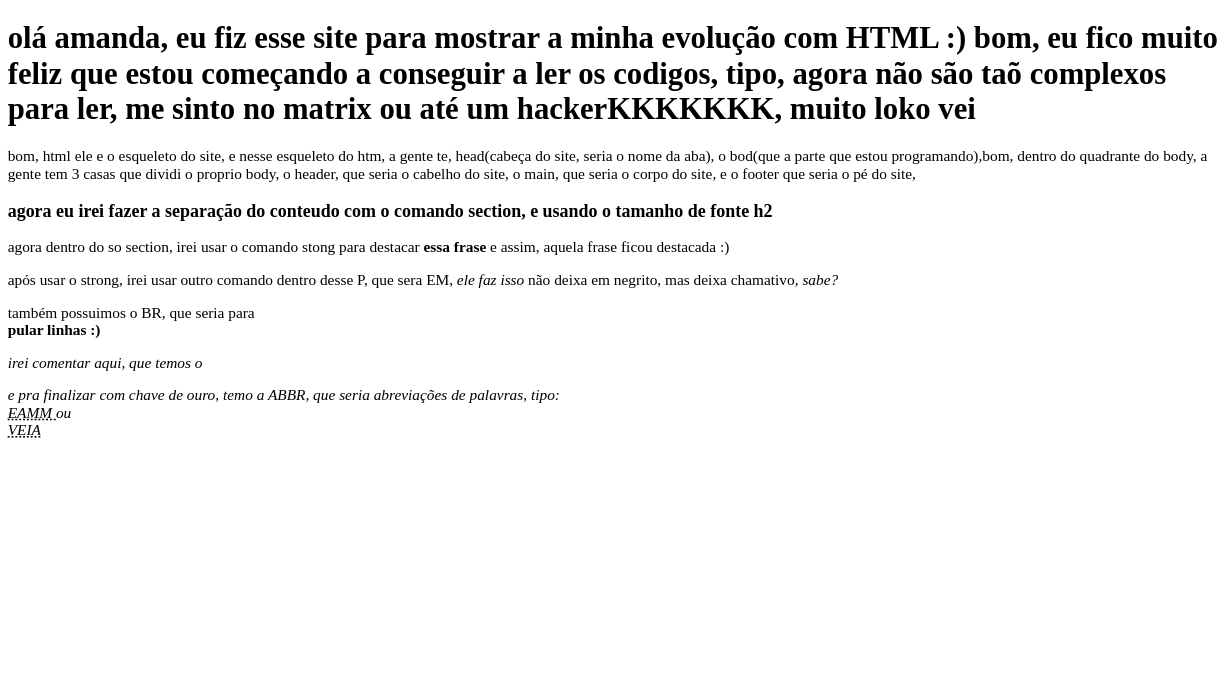
Repository: Jhones17/HTML-CURSO-V1
Page: index.html
An editor plug-in stored every save of this project. The page is shown before and after the next save, followed by the edit.
The browser window is 1280 px wide. The pictures show the whole page, at 96% of full size.

Above is the page before, as saved 2025-03-16 01:25:47.

After the next save:
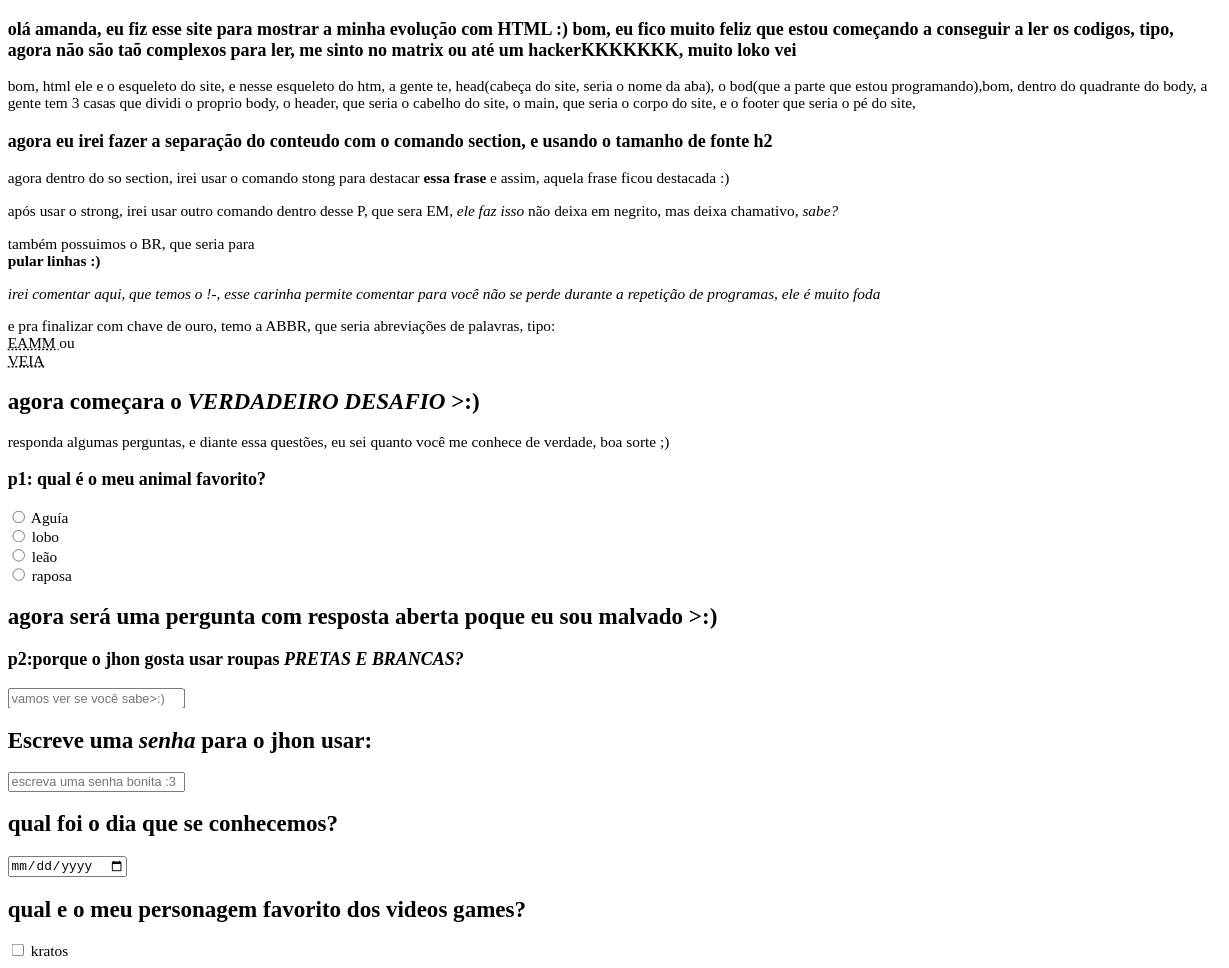
Saved 20 h 4 min later.
--- a/index.html
+++ b/index.html
@@ -7,14 +7,14 @@
             </head>
                   <body>
                       <header>
-                    <h1>olá amanda, eu fiz esse site para mostrar a minha evolução com HTML :)
+                    <h3>olá amanda, eu fiz esse site para mostrar a minha evolução com HTML :)
                 bom, eu fico muito feliz que estou começando a conseguir a ler os codigos, tipo,
                 agora não são taõ complexos para ler, me sinto no matrix ou até um hackerKKKKKKK, muito loko vei
-            </h1>
+            </h3>
         </header>
-       <p> bom, html ele e o esqueleto do site, e nesse esqueleto do htm, a gente te, head(cabeça do site, seria o nome da aba),
+       <p1> bom, html ele e o esqueleto do site, e nesse esqueleto do htm, a gente te, head(cabeça do site, seria o nome da aba),
          o bod(que a parte que estou programando),bom, dentro do quadrante do body, a gente tem 3
-         casas que dividi o proprio body, o header, que seria o cabelho do site, o main, que seria o corpo do site, e o footer que seria o pé do site, </p>
+         casas que dividi o proprio body, o header, que seria o cabelho do site, o main, que seria o corpo do site, e o footer que seria o pé do site, </p1>
     <main>
    <section>
   <h3> agora eu irei fazer a separação do conteudo com o comando section, e usando o tamanho de fonte h2
@@ -23,18 +23,71 @@
 <p> após usar o strong, irei usar outro comando dentro desse P, que sera EM, <em> ele faz isso</em> não deixa em negrito, mas deixa chamativo, <em> sabe?</em></p>
 <p> também possuimos o BR, que seria para <br>
 <strong> pular linhas :) </strong>  </p>
-<em>irei comentar aqui, que temos o <!-, esse carinha permite comentar para você não se perde durante a repetição de programas, ele é muito foda</em>
+<em>irei comentar aqui, que temos o !-, esse carinha permite comentar para você não se perde durante a repetição de programas, ele é muito foda</em>
 <p> e pra finalizar com chave de ouro, temo a ABBR, que seria abreviações de palavras, tipo: <br>
 <abbr title="eu amo minha mulher"> EAMM </abbr> ou <br>
-<abbr title="você é incrivel amor <3">  VEIA </abbr> </p>
+<abbr title="você é incrivel amor :3">  VEIA </abbr> </p>
+</section>
+<!--1#Introdução ao uso de tags HTML: head, body, main, section, br, p, abbr, header, strong e títulos (h1 a h6) -->
+<h2> agora começara o <em>VERDADEIRO DESAFIO</em> >:)</h2>
+<p> responda algumas perguntas, e diante essa questões, eu sei quanto você me conhece de verdade, boa sorte ;)</p>
+<section>
+   <h3>p1: qual é o meu animal favorito?</h3>
+<form>
+    <input type="radio" value="aguía" id="p1"
+    name="p1">
+<label for="p1a"> Aguía </label>
+<br>
+<input type="radio" value="lobo="p1"
+    name="p1">
+<label for="p1a"> lobo</label>
+<br>
+<input type="radio" value="leão " id="p1"
+name="p1">
+<label for="p1a"> leão  </label>
+<br>
+<input type="radio" value="raposa" id="p1"
+name="p1">
+<label for="p1a"> raposa  </label>
+</form>
+
+</section>
+<!--2#pergunta 1:-->
+<section>
+    <h2> agora será uma pergunta com resposta aberta poque eu sou malvado >:)</h2>
+    <h3> p2:porque o jhon gosta usar roupas <em>PRETAS E BRANCAS?</em></h3>
+    <form>
+    <input type="text"  id="p2" name="p2" placeholder="vamos ver se você sabe>:)">
+</form>
+
+</section>
+<!--3#senha-->
+<section>
+<h2> Escreve uma <em>senha</em> para o jhon usar:</h2>
+<form>
+<input type="password" id="p3" name="p3" placeholder="escreva uma senha bonita :3">
+</form>
+</section>
+<!--4#pergunta 2: data-->
+<section>
+    <h2> qual foi o dia que se conhecemos?</h2>
+    <form>
+     <input type="date" id="p4" name="p4" >
+    </form>
+</section>
+<!--pergunrta 3: mutiplas resposta-->
+<section>
+<h2> qual e o meu personagem favorito dos videos games?</h2>
+<form>
+<input type="checkbox" id="p5" name="p5" value="kratos">
+<label>kratos </label>
+</form>
+</section>
 
 
 
-</section>
-<!--1#introdução do heard,bodi,main,section, em, br, p, abbr, header, strong, e do h1 a h6-->
-<section> </section>
 
-            </main>
+</main>
         <footer></footer>
     </body>
  </html>
